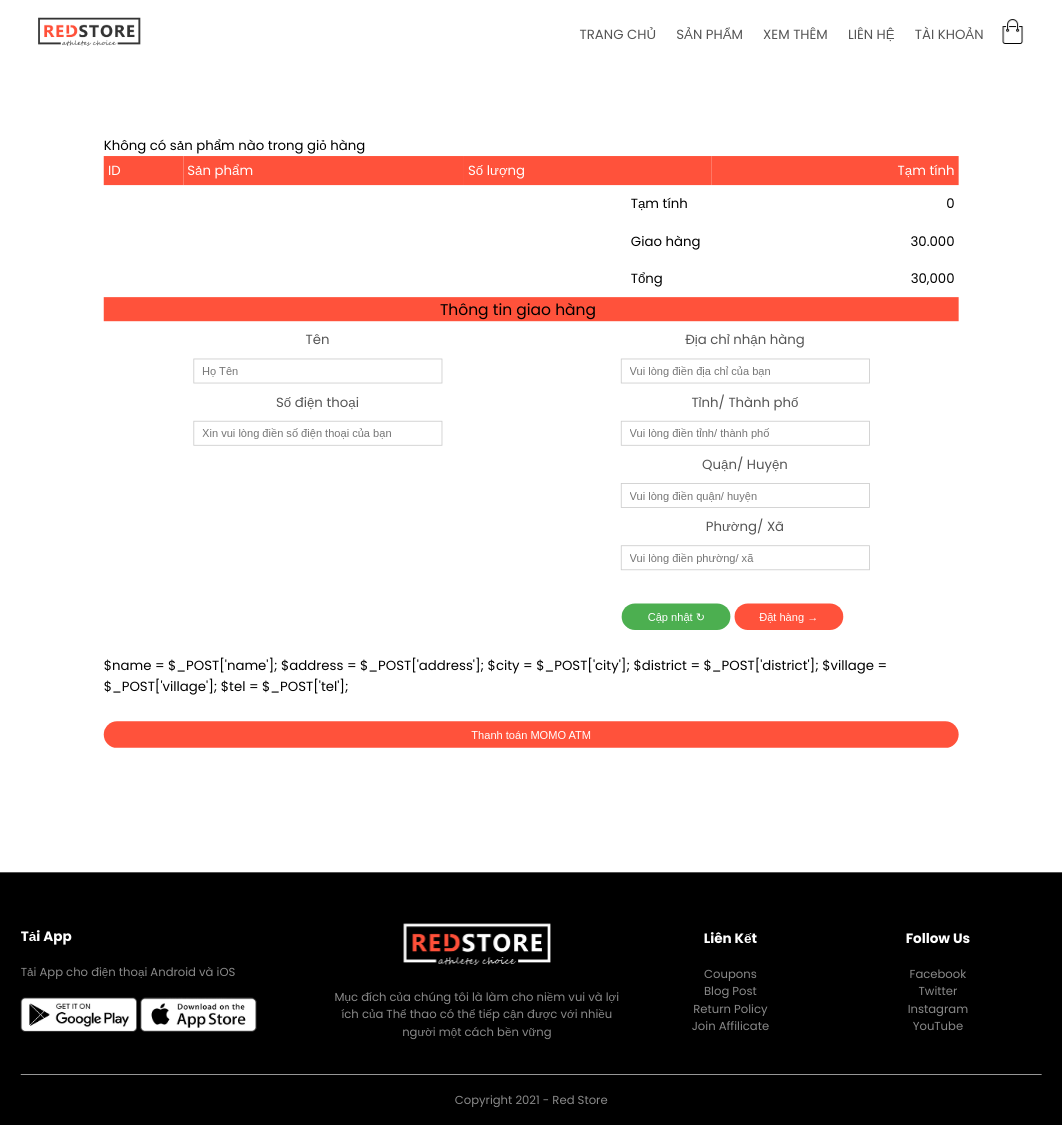
Repository: trongnk2001/RedStore
Page: http://localhost/RedStore/cart.php?action=submit
The author's editor kept a copy of each file at every save. The page is drawn from the files as they stood at one save, then again after the next save.
The browser window is 1280 px wide. The pictures show the whole page, at 83% of full size.
Some web libraries are served in a nearby version. The page is run by PHP 8.4 with error messages shown; the project is at /var/www/html/.

Above is the page before, as saved 2022-06-05 15:21:13.

### cart.php
<?php
    session_start();
    include_once './Admin/connect.php';
    // thêm số luong
    // tru số luong
    // xoá sản phẩm
    // thêm sản phẩm vào giỏ hàng
    if(isset($_POST['themgiohang'])){
        $id = $_GET['productID'];
        $sl = $_POST['sl'];
        $sql_query = "SELECT * FROM product WHERE productID='".$id."'";
        $query = mysqli_query($links,$sql_query);
        $row = mysqli_fetch_array($query);
        if(isset($_SESSION['cart'])){
           $session_array_id = array_column($_SESSION['cart'],'id');


           if(!in_array($_GET['productID'],$session_array_id)){
            $session_array = array(
                'id' => $id,
                'soluong' => $sl,
                'price' => $row['price'],
                'name' => $row['name'],
                'img' => $row['img']
           );
            $_SESSION['cart'][] = $session_array;
           }
        }
         else{
             $session_array = array(
                 'id' => $id,
                 'soluong' => $sl,
                 'price' => $row['price'],
                 'name' => $row['name'],
                 'img' => $row['img']
             );
             $_SESSION['cart'][] = $session_array;
         }
     }

?>
<?php
                $error = false;
                $success = false;
                 if(isset($_GET['action'])){
                     $name = $_POST['name'];
                     $address = $_POST['address'];
                     $city = $_POST['city'];
                     $district = $_POST['district'];
                     $village = $_POST['village'];
                     $tel = $_POST['tel'];
                     $array_infor = array($name,$address,$city, $district, $village, $tel);
                     switch($_GET['action']){
                         case "submit":
                            if(isset($_POST['update_click'])){
                                echo "Xin lỗi tính năng này chưa cập nhật";
                            }
                            elseif (isset($_POST['update_checkout'])){
                                     // echo '<pre>';
                                     // var_dump($_POST);
                                     // echo '</pre>';

                                    // echo '<pre>';

                                    // var_dump($_SESSION['cart'][$i]);
                                    // echo '</pre>';

                                // // var_dump($_POST["name"]) ;
                                 if (empty($_POST['name'])) {
                                     $error = "Bạn chưa nhập tên của người nhận";
                                 } elseif (empty($_POST['tel'])) {
                                     $error = "Bạn chưa nhập số điện thoại người nhận";
                                 } elseif (empty($_POST['address'])) {
                                     $error = "Bạn chưa nhập địa chỉ người nhận";
                                 }elseif (empty($_POST['city'])){
                                     $error = "Bạn chưa nhập thành phố !";
                                 }elseif (empty($_POST['district'])){
                                     $error = "Bạn chưa nhập quận/huyện !";
                                 }elseif (empty($_POST['village'])){
                                     $error = "Bạn chưa nhập xã/phuong !";
                                 }
                                 elseif (empty($_POST['soluong'])){
                                    $error = "Giỏ hàng rỗng";
                                }
                                $array_cart = array($_SESSION['cart']);
                                $array_cart += $array_infor;
                                if ($error == false && !empty($_POST['soluong'])) {
                                    $insertCus = mysqli_query($links, "INSERT INTO customer(cusID,name,adress,tel) VALUE ('','$name','$address.$village.$district.$city','$tel')");
                                    $total = 0;
                                    for($i = 1; $i <= count($array_cart[0]); $i++){
                                        $total = $array_cart[0][$i-1]['price']*$array_cart[0][$i-1]['soluong'];
                                        $tongtien += $total;
                                    }
                                    $cusID = mysqli_query($links, "SELECT * FROM customer ORDER BY cusID DESC LIMIT 1");
                                    $add = mysqli_fetch_all($cusID);
                                    $idcus = $add[0][0];
                                    $last_id = mysqli_insert_id($links);
                                    $mysqltime = date ("Y-m-d H:i:s", $phptime);
                                    $insertOrder = mysqli_query($links, "INSERT INTO orderinf (orderID, customerID, total, orderDate, status) VALUES ('', '$idcus', '$tongtien', '$mysqltime', 'COD')");

                                    for($i = 1; $i <= count($array_cart[0]); $i++){

                                    $products = mysqli_query($links, "SELECT * FROM product WHERE productID = $i");
                                    $total = 0;
                                    $orderProducts = array();
                                    $row = mysqli_fetch_array($products);
                                    $orderProducts[] = $row;

                                    $total += $array_cart[0][$i-1]['price']*$array_cart[0][$i-1]['soluong'];

                                    // $insertCus = mysqli_query($links, "INSERT INTO customer(cusID,name,adress,tel) VALUE ('','$name','$address.$village.$district.$city','$tel')");
                                    $ordID = mysqli_query($links, "SELECT * FROM orderinf ORDER BY orderID DESC LIMIT 1");
                                    $for_ordID = mysqli_fetch_all($ordID);
                                    $idord = $for_ordID[0][0];

                                    $product_ID = $array_cart[0][$i-1]['id'];
                                    $last_order = mysqli_insert_id($links);
                                    $insertString = "";
                                    $gia = $array_cart[0][$i-1]['price'];
                                    $soluong = $array_cart[0][$i-1]['soluong'];
                                    $insertOrderDetails = mysqli_query($links, "INSERT INTO `orderdetails` (`id`, `orderID`, `productID`, `price`, `quantity`, `total`) VALUES ('', '$idord','$product_ID', '$gia','$soluong', '$total')");
                            }
                                    $success = "Đặt hàng thành công";
                                    $momo = "Thanh toán MOMO thành công";
                                    unset($_SESSION['cart']);
                        }
                                //  echo '<p style="text-align:center">'.$error.'</p>';


                    }


            }
    }

                if(isset($_GET['partnerCode'])){
                    $partnerCode = $_GET['partnerCode'];
                    $orderID = $_GET['orderID'];
                    $amount = $_GET['amount'];
                    $orderInfo = $_GET['orderInfo'];
                    $orderType = $_GET['orderType'];
                    $transId = $_GET['transId'];
                    $payType = $_GET['payType'];
                //insert database momo
                $insert_momo = "INSERT INTO tbl_momo(partner_code,order_id,amount,order_info,order_type,trans_id,pay_type)
                VALUE ('".$partnerCode."','".$orderID."','".$amount."','".$orderInfo."','".$orderType."','".$trans_id."','".$payType."')";
                $cart_query = mysqli_query($links,$insert_momo);


                $array_cart = array($_SESSION['cart']);
        $array_cart += $array_infor;
        if ($error == false && !empty($_POST['soluong'])) {
            $insertCus = mysqli_query($links, "INSERT INTO customer(cusID,name,adress,tel) VALUE ('','$name','$address.$village.$district.$city','$tel')");
            $total = 0;
            for($i = 1; $i <= count($array_cart[0]); $i++){
                $total = $array_cart[0][$i-1]['price']*$array_cart[0][$i-1]['soluong'];
                $tongtien += $total;
            }
            $cusID = mysqli_query($links, "SELECT * FROM customer ORDER BY cusID DESC LIMIT 1");
            $add = mysqli_fetch_all($cusID);
            $idcus = $add[0][0];
            $last_id = mysqli_insert_id($links);
            $mysqltime = date ("Y-m-d H:i:s", $phptime);
            $insertOrder = mysqli_query($links, "INSERT INTO orderinf (orderID, customerID, total, orderDate, status) VALUES ('$orderID', '$idcus', '$tongtien', '$mysqltime', 'MOMO')");

            for($i = 1; $i <= count($array_cart[0]); $i++){

            $products = mysqli_query($links, "SELECT * FROM product WHERE productID = $i");
            $total = 0;
            $orderProducts = array();
            $row = mysqli_fetch_array($products);
            $orderProducts[] = $row;

            $total += $array_cart[0][$i-1]['price']*$array_cart[0][$i-1]['soluong'];

            // $insertCus = mysqli_query($links, "INSERT INTO customer(cusID,name,adress,tel) VALUE ('','$name','$address.$village.$district.$city','$tel')");
            $ordID = mysqli_query($links, "SELECT * FROM orderinf ORDER BY orderID DESC LIMIT 1");
            $for_ordID = mysqli_fetch_all($ordID);
            $idord = $for_ordID[0][0];

            $product_ID = $array_cart[0][$i-1]['id'];
            $last_order = mysqli_insert_id($links);
            $insertString = "";
            $gia = $array_cart[0][$i-1]['price'];
            $soluong = $array_cart[0][$i-1]['soluong'];
            $insertOrderDetails = mysqli_query($links, "INSERT INTO `orderdetails` (`id`, `orderID`, `productID`, `price`, `quantity`, `total`) VALUES ('', '$idord','$product_ID', '$gia','$soluong', '$total')");
        }
            $success = "Đặt hàng thành công";
            $momo = "Thanh toán MOMO thành công";
            unset($_SESSION['cart']);
    }

            }
            ?>
<!DOCTYPE html>
<html lang="en">
<head>
    <meta charset="UTF-8">
    <meta name="viewport" content="width=device-width, initial-scale = 1.0">
    <meta http-equiv="X-UA-Compatible" content="IE=edge">
    <meta name="viewport" content="width=device-width, initial-scale=1.0">
    <link rel="stylesheet" href="./style.css">
    <link rel="preconnect" href="https://fonts.googleapis.com">
    <link rel="preconnect" href="https://fonts.gstatic.com" crossorigin>
    <link href="https://fonts.googleapis.com/css2?family=Poppins:wght@300;400;500;600;700&display=swap" rel="stylesheet">
    <script src="https://use.fontawesome.com/2defadb02e.js"></script>
    <title>Sản phẩm - Red Store - Nơi thể hiện cá tính của bạn</title>
</head>
<body>
        <div class="container">
            <div class="nav-bar">
                <div class="logo">
                    <img src="images/logo.png" alt="" width="125px">
                </div>
                <nav>
                    <ul id="MenuItems">
                        <li><a href="index.php">TRANG CHỦ</a></li>
                        <li><a href="products.php">SẢN PHẨM</a></li>
                        <li><a href="">XEM THÊM</a></li>
                        <li><a href="">LIÊN HỆ</a></li>
                        <li><a href="account.php">TÀI KHOẢN</a></li>
                    </ul>
                </nav>
                <a href="cart.php"><img src="images/cart.png" width="30px" height="30px" alt=""></a>
                <img src="images/menu.png" class="menu-icon" onclick="menutoggle()">
            </div>
        </div>
        <form action="cart.php?action=submit"  method="post">
        <!-- cart items details -->
        <div class="small-container cart-page">
            <table>
                <tr>
                    <th>ID</th>
                    <th>Sản phẩm</th>
                    <th>Số lượng</th>
                    <th>Tạm tính</th>
                </tr>
            <?php
                $total =0;
                if(!empty($_SESSION['cart'])){
                    foreach ($_SESSION['cart'] as $key => $value){
                        $rerult = substr($value['img'],3);
                            ?>

                                <tr>
                                    <td> <input name="id" type="text" value="<?php echo $value['id'] ?>" style="border: none;width: 30px ;"> </td>
                                    <td>
                                        <div class="cart-info">
                                            <?php echo ' <img src="'.$rerult.'"> '?>
                                            <div>
                                                <p name="ten"><?php echo $value['name'] ?></p>
                                                <small name="giathanh">Giá : <?php echo $value['price'] ?></small>
                                                <br>
                                                <a href="cart.php?remove=<?php echo $value['id'] ?>">Remove
                                                    <!-- <button style="color: #ff523b;font-size: 12px;border:none;background-color: #fff;cursor: pointer;">Remove</button> -->
                                                </a>
                                            </div>
                                        </div>
                                    </td>
                                    <td> <input name="soluong" type="number" value="<?php echo $value['soluong'] ?>" style="width: 40px;height: 30px;padding: 5px;"></td>
                                    <td><?php echo number_format( $value['soluong']*$value['price']) ?></td>
                                </tr>

                            <?php
                        $total = $total + $value['price'] * $value['soluong'];
                    }
                }
                else{
                    echo 'Không có sản phẩm nào trong giỏ hàng';
                }
            ?>
            <?php
                if(isset($_GET['remove'])){
                    $id = $_GET['remove'];
                    foreach($_SESSION['cart'] as $key => $value){
                        if($value['id'] == $id){
                            unset($_SESSION['cart'][$key]);
                        }
                        header('Location:cart.php');
                    }
                }

            ?>


            </table>

            <div class="total-price">
                <table>
                    <tr>
                        <td>Tạm tính</td>
                        <td><?php echo number_format($total) ?></td>
                    </tr>
                    <tr>
                        <td>Giao hàng</td>
                        <td>30.000</td>
                    </tr>
                    <tr>
                        <td>Tổng</td>
                        <td><?php echo number_format( $total + 30000)?></td>
                    </tr>
                </table>
            </div>
            <form action="">
            <div class="small-container" style="padding:0px 0px">
                <h3 style="padding: 0px 405px;background-color: #ff523b;">Thông tin giao hàng</h3>
                <?php if (!empty($error)) { ?>
                <div id="notify-msg" style="text-align: center; margin-top: 20px;font-weight: 600;">
                    <?= $error ?>
                </div>
            <?php } elseif (!empty($success)) { ?>
                <div id="notify-msg" style="text-align: center; margin-top: 20px;font-weight: 600;">
                    <?= $success ?>.
                </div>
            <?php } elseif(!empty($cart_query)) { ?>
                <div id="notify-msg" style="text-align: center; margin-top: 20px;font-weight: 600;">
                <?= $momo?>
                </div>
            <?php

        } ?>
                <div class="row" style="align-items: initial;">
                    <div class="col-2 inf" style="display: flex;align-items: center;flex-direction: column;">
                            <p>Tên</p>
                            <input type="text" name="name" placeholder="Họ Tên" style="width:300px">
                            <p>Số điện thoại</p>
                            <input type="text" name ="tel" placeholder="Xin vui lòng điền số điện thoại của bạn" style="width:300px">
                    </div>
                    <div class="col-2 inf" style="display: flex;align-items: center;flex-direction: column;">
                            <p>Địa chỉ nhận hàng</p>
                            <input type="text" name ="address" placeholder="Vui lòng điền địa chỉ của bạn">
                            <p>Tỉnh/ Thành phố</p>
                            <input type="text" name ="city" placeholder="Vui lòng điền tỉnh/ thành phố">
                            <p>Quận/ Huyện</p>
                            <input type="text" name ="district" placeholder="Vui lòng điền quận/ huyện">
                            <p>Phường/ Xã</p>
                            <input type="text" name = "village" placeholder="Vui lòng điền phường/ xã">
                        <div class="buy" style="text-align: center;margin-left: -30px;float:initial">
                        <input  type="submit" name="update_click" value="Cập nhật &#8635" style="display: inline-block;background: #4CAF50;color: #fff;padding: 8px 30px;margin: 30px 0;border-radius: 30px;transition: background 0.5s;border: none;cursor: pointer;height:32px;width:131px ;">
                        <input  type="submit" name="update_checkout" value="Đặt hàng &#8594" style="display: inline-block;background: #ff523b;color: #fff;padding: 8px 30px;margin: 30px 0;border-radius: 30px;transition: background 0.5s;border: none;cursor: pointer;height:32px;width:131px ;">
                        </div>
                    </div>
                </div>
            </div>
            </form>

            <form
            class="" method="POST" target="_blank" enctype="application/x-www-form-urlencoded"
                          action="xulithanhtoanmomo_atm.php">
                <input type="hidden" value="<?php echo number_format($total)?>" name ="total">
                <input type="hidden" value="<?php echo $name?>" name ="name">
                <input type="hidden" value="<?php echo $address?>" name ="address">
                <input type="hidden" value="<?php echo $city?>" name ="city">
                <input type="hidden" value="<?php echo $district?>" name ="district">
                <input type="hidden" value="<?php echo $village?>" name ="village">
                <input type="hidden" value="<?php echo $tel?>" name ="tel">
                $name = $_POST['name'];
                     $address = $_POST['address'];
                     $city = $_POST['city'];
                     $district = $_POST['district'];
                     $village = $_POST['village'];
                     $tel = $_POST['tel'];
                <input
                style="display: inline-block;background: #ff523b;color: #fff;padding: 8px 30px;margin: 30px 0;border-radius: 30px;transition: background 0.5s;border: none;cursor: pointer;height:32px;width:100% ;"
                type="submit" name="momo" value="Thanh toán MOMO ATM">
            </form>

            <!-- <div class="buy">
                    <a href="checkout.php" class="btn" style="padding: 8px 20px;">Thanh toán &#8594;</a>
            </div> -->
        </div>
        </form>


    <!-- footer -->

    <div class="footer" style="margin-top: 120px;">
        <div class="container">
            <div class="row">
                <div class="footer-col-1">
                    <h3>Tải App</h3>
                    <p>Tải App cho điện thoại Android và iOS</p>
                    <div class="app-logo">
                        <img src="images/play-store.png">
                        <img src="images/app-store.png">
                    </div>
                </div>

                <div class="footer-col-2">
                    <img src="images/logo-white.png">
                    <p>Mục đích của chúng tôi là làm cho niềm vui và lợi
                        ích của Thể thao có thể tiếp cận được với nhiều
                        người một cách bền vững</p>
                </div>

                <div class="footer-col-3">
                    <h3>Liên Kết</h3>
                    <ul>
                        <li>Coupons</li>
                        <li>Blog Post</li>
                        <li>Return Policy</li>
                        <li>Join Affilicate</li>
                    </ul>
                </div>

                <div class="footer-col-4">
                    <h3>Follow Us</h3>
                    <ul>
                        <li>Facebook</li>
                        <li>Twitter</li>
                        <li>Instagram</li>
                        <li>YouTube</li>
                    </ul>
                </div>
            </div>
            <hr>
            <p class="copyright">Copyright 2021  - Red Store</p>
        </div>
    </div>

    <!-- JS for responsive -->

    <script>
        var MenuItems = document.getElementById("MenuItems")
        MenuItems.style.maxHeight = "0px";
        function menutoggle(){
            if(MenuItems.style.maxHeight == "0px"){
                MenuItems.style.maxHeight = "200px";
            }
            else{
                MenuItems.style.maxHeight = "0px";
            }
        }
    </script>
</body>
</html>

### Admin/connect.php
<?php
    error_reporting(0);
    $host = "localhost";
    $user = "root";
    $password = "";
    $datbase = "redstore";
    $links = mysqli_connect($host,$user,$password);
    mysqli_select_db($links, $datbase);
    mysqli_set_charset($links,"utf8");
?>

Loaded but not shown: style.css (590 lines, source omitted)

After the next save:
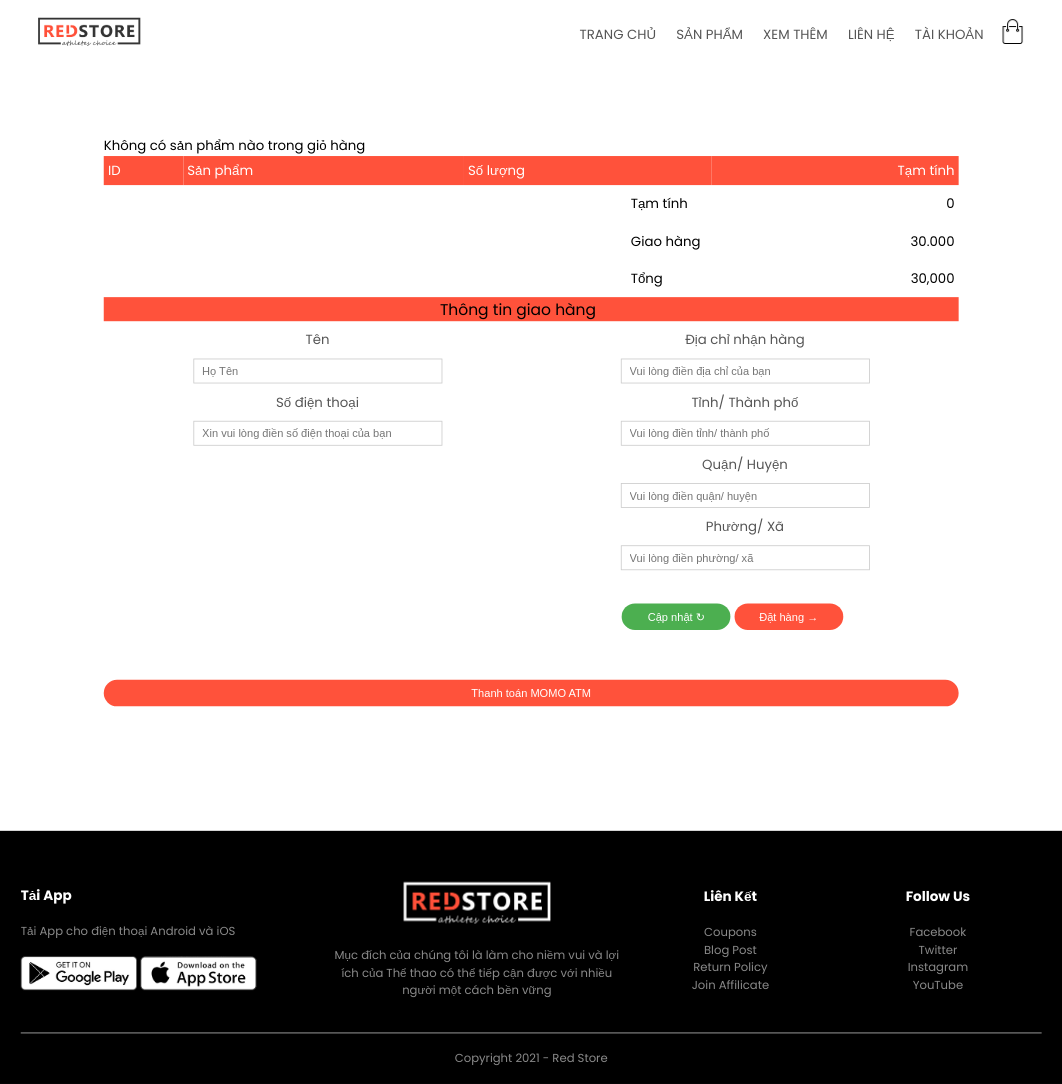
Saved 3 s later.
--- a/cart.php
+++ b/cart.php
@@ -354,12 +354,6 @@
                 <input type="hidden" value="<?php echo $district?>" name ="district">
                 <input type="hidden" value="<?php echo $village?>" name ="village">
                 <input type="hidden" value="<?php echo $tel?>" name ="tel">
-                $name = $_POST['name'];
-                     $address = $_POST['address'];
-                     $city = $_POST['city'];
-                     $district = $_POST['district'];
-                     $village = $_POST['village'];
-                     $tel = $_POST['tel'];
                 <input
                 style="display: inline-block;background: #ff523b;color: #fff;padding: 8px 30px;margin: 30px 0;border-radius: 30px;transition: background 0.5s;border: none;cursor: pointer;height:32px;width:100% ;"
                 type="submit" name="momo" value="Thanh toán MOMO ATM">
